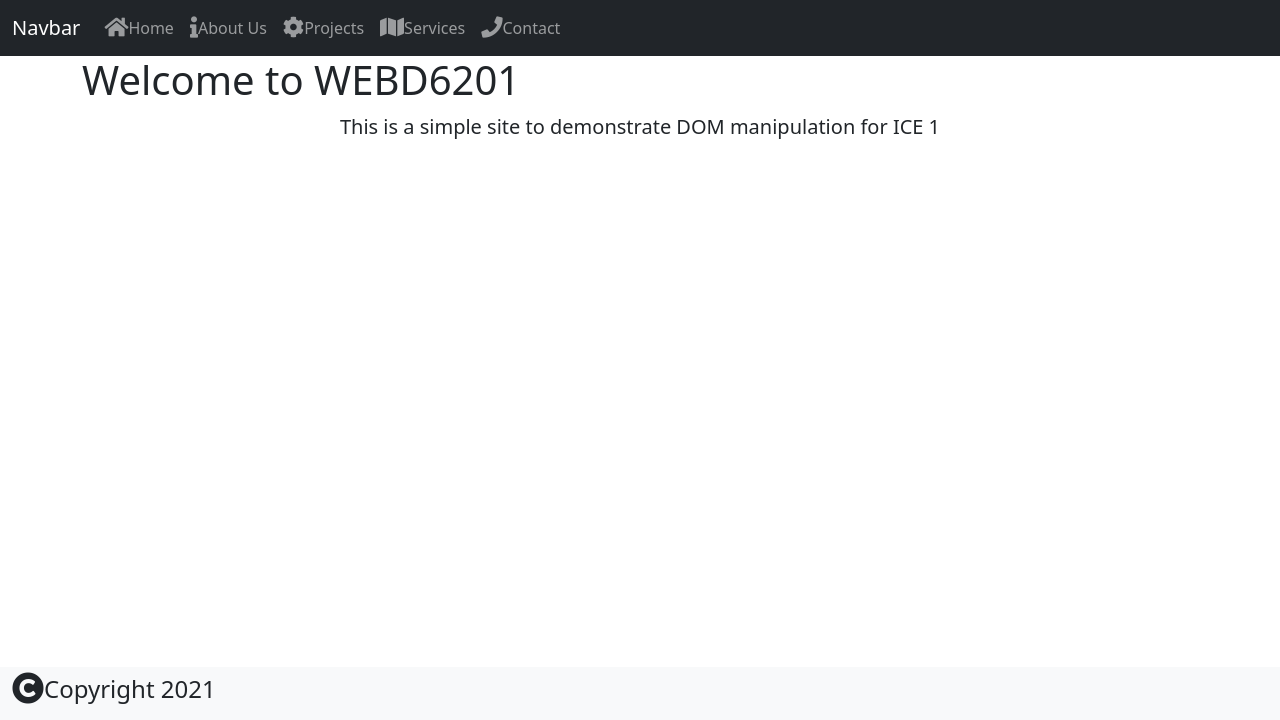
Repository: deividwsantoss/webd6201-W2021-ICE1
Page: Index.html
The author's editor kept a copy of each file at every save. The page is drawn from the files as they stood at one save, then again after the next save.
The browser window is 1280 px wide. The pictures show the whole page.

Above is the page before, as saved 2021-02-02 10:55:12.

After the next save:
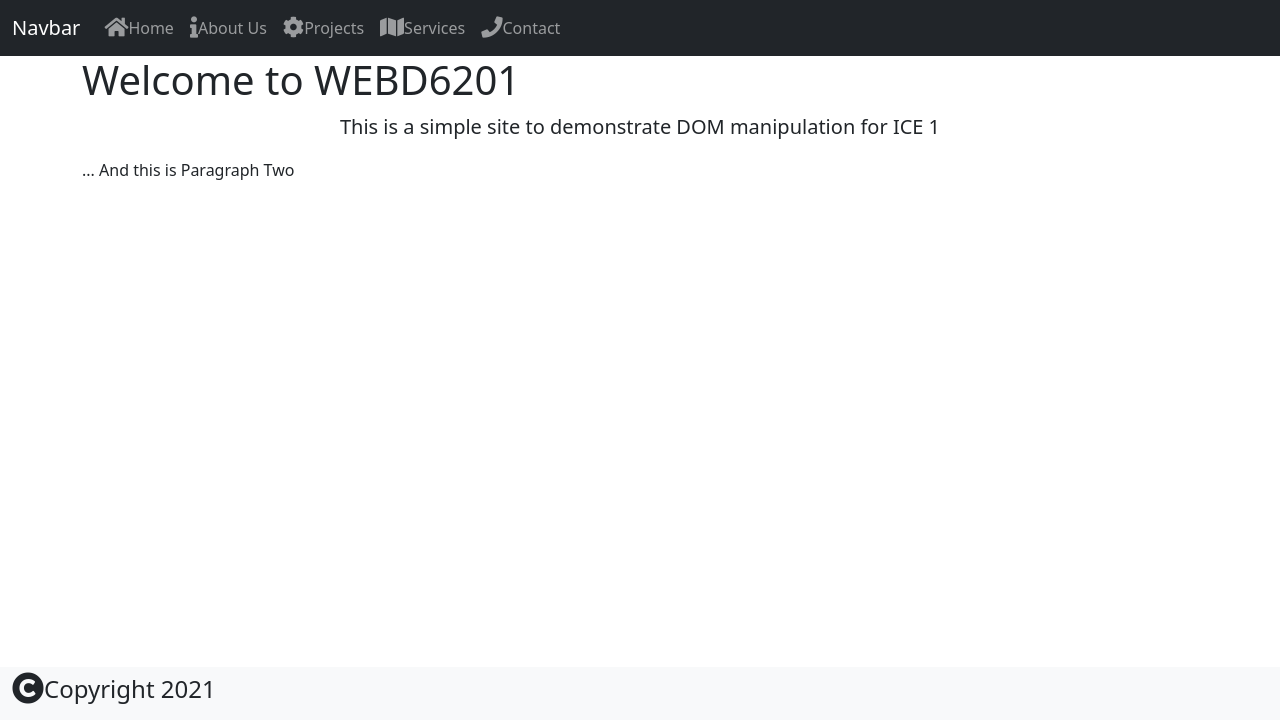
Saved 7 min 8 s later.
--- a/Scripts/app.js
+++ b/Scripts/app.js
@@ -24,6 +24,18 @@
         paragraphOneElement.textContent = paragraphOneText;
         paragraphOneElement.className = "fs-5 text-center";
 
+        //Step 1. document.createElement
+        let newParagraph = document.createElement("p");
+        //configure the element
+        newParagraph.setAttribute("id", "paragraphTwo");
+        newParagraph.textContent = "... And this is Paragraph Two";
+        //step 3. Select the parent element
+        let mainContent = document.getElementsByTagName("main")[0];
+        //step 4. Add / Insert the element
+        mainContent.appendChild(newParagraph);
+
+
+
 
     }
     window.addEventListener("load", Start);
